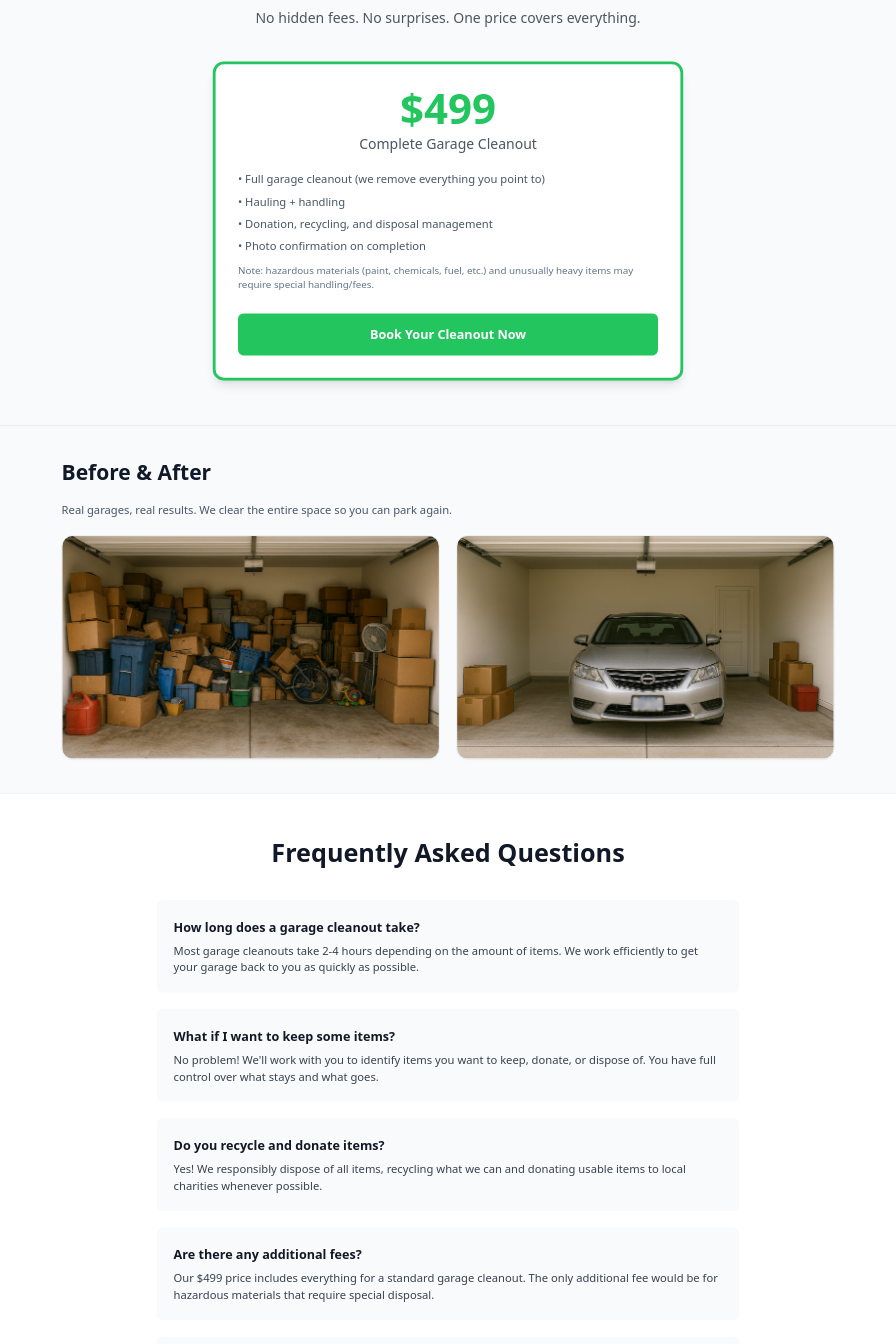
Repository: nikwhite1169/garagegone
Page: index.html
An editor plug-in stored every save of this project. The page is shown before and after the next save, followed by the edit.
The browser window is 1280 px wide. The pictures show the part of the page from y = 1264 to 3184 px (the page is 4560 px tall before and 4460 px after), at 70% of full size.
Some web libraries are served in a nearby version.

Above is the page before, as saved 2025-09-15 17:37:39.

### index.html
<!DOCTYPE html>
<html lang="en">
<head>
    <meta charset="UTF-8">
    <meta name="viewport" content="width=device-width, initial-scale=1.0">
    <title>GarageGone - Professional Garage Cleanout Service | Las Vegas</title>
    <meta name="description" content="Professional garage cleanout service in Las Vegas. Flat $499 pricing. We haul everything away. Book your garage transformation today with GarageGone.">
    <meta name="keywords" content="garage cleanout, junk removal, Las Vegas, garage cleaning, hauling service, decluttering">

    <!-- Open Graph Meta Tags -->
    <meta property="og:title" content="GarageGone - Professional Garage Cleanout Service | Las Vegas">
    <meta property="og:description" content="Transform your garage with our professional cleanout service. Flat $499 pricing. We haul everything away. Serving Las Vegas and surrounding areas.">
    <meta property="og:image" content="https://garagegone.com/images/garage-before-after.jpg">
    <meta property="og:url" content="https://garagegone.com">
    <meta property="og:type" content="website">
    <meta property="og:site_name" content="GarageGone">

    <!-- Twitter Card Meta Tags -->
    <meta name="twitter:card" content="summary_large_image">
    <meta name="twitter:title" content="GarageGone - Professional Garage Cleanout Service | Las Vegas">
    <meta name="twitter:description" content="Transform your garage with our professional cleanout service. Flat $499 pricing. We haul everything away.">
    <meta name="twitter:image" content="https://garagegone.com/images/garage-before-after.jpg">

    <!-- Favicons -->
    <link rel="apple-touch-icon" sizes="180x180" href="assets/apple-touch-icon.png">
    <link rel="icon" type="image/png" sizes="32x32" href="assets/favicon-32x32.png">
    <link rel="icon" type="image/png" sizes="16x16" href="assets/favicon-16x16.png">
    <link rel="manifest" href="assets/site.webmanifest">
    <link rel="icon" type="image/x-icon" href="assets/favicon.ico">

    <!-- Tailwind CSS CDN -->
    <script src="https://cdn.tailwindcss.com"></script>

    <!-- Custom Tailwind Config -->
    <script>
        tailwind.config = {
            theme: {
                extend: {
                    colors: {
                        'brand-blue': '#1e3a8a',
                        'brand-green': '#22c55e',
                    }
                }
            }
        }
    </script>

    <!-- JSON-LD Schema Markup -->
    <script type="application/ld+json">
    {
        "@context": "https://schema.org",
        "@type": "LocalBusiness",
        "name": "GarageGone",
        "description": "Professional garage cleanout and junk removal service",
        "url": "https://garagegone.com",
        "telephone": "+7028501775",
        "address": {
            "@type": "PostalAddress",
            "addressLocality": "Las Vegas",
            "addressRegion": "NV",
            "addressCountry": "US"
        },
        "areaServed": {
            "@type": "GeoCircle",
            "geoMidpoint": {
                "@type": "GeoCoordinates",
                "latitude": 36.1699,
                "longitude": -115.1398
            },
            "geoRadius": "25 miles"
        },
         "sameAs": [
             "https://facebook.com/ParkAgain",
             "https://instagram.com/parkagain.app"
         ],
        "priceRange": "$499",
        "serviceType": "Garage Cleanout Service",
        "hasOfferCatalog": {
            "@type": "OfferCatalog",
            "name": "Garage Cleanout Services",
            "itemListElement": [
                {
                    "@type": "Offer",
                    "itemOffered": {
                        "@type": "Service",
                        "name": "Complete Garage Cleanout",
                        "description": "Full garage cleanout and junk removal service"
                    },
                    "price": "499",
                    "priceCurrency": "USD"
                }
            ]
        }
    }
    </script>

    <style>
        /* Smooth scroll behavior */
        html {
            scroll-behavior: smooth;
        }

        /* Custom animations */
        @keyframes fadeInUp {
            from {
                opacity: 0;
                transform: translateY(30px);
            }
            to {
                opacity: 1;
                transform: translateY(0);
            }
        }

        .fade-in-up {
            animation: fadeInUp 0.6s ease-out;
        }

        /* Ensure sticky footer doesn't overlap content */
        body {
            padding-bottom: 80px;
        }

        @media (min-width: 768px) {
            body {
                padding-bottom: 0;
            }
        }
    </style>
</head>
<body class="bg-gray-50 text-gray-900">
    <!-- Header -->
    <header class="bg-white shadow-sm sticky top-0 z-40">
        <div class="max-w-7xl mx-auto px-4 sm:px-6 lg:px-8">
            <div class="flex justify-between items-center py-4">
                <div class="flex items-center">
                    <h1 class="text-2xl font-bold text-brand-blue">GarageGone</h1>
                    <span class="ml-2 text-sm text-gray-600">Powered by ParkAgain</span>
                </div>
                <div class="hidden md:flex space-x-4">
                    <a href="tel:+7028501775" class="bg-brand-blue text-white px-4 py-2 rounded-lg font-semibold hover:bg-blue-800 transition-colors">
                        Call Now
                    </a>
                    <a href="https://m.me/823845640806391" target="_blank" class="bg-brand-green text-white px-4 py-2 rounded-lg font-semibold hover:bg-green-600 transition-colors">
                        Book Cleanout
                    </a>
                </div>
            </div>
        </div>
    </header>

    <!-- Hero Section -->
    <section class="bg-gradient-to-br from-brand-blue to-blue-800 text-white py-16 md:py-24">
        <div class="max-w-7xl mx-auto px-4 sm:px-6 lg:px-8">
            <div class="text-center fade-in-up">
                <h2 class="text-4xl md:text-6xl font-bold mb-6">
                    Transform Your Garage in One Day
                </h2>
                <p class="text-xl md:text-2xl mb-8 text-blue-100 max-w-3xl mx-auto">
                    Professional garage cleanout service. We sort, haul, and clean everything.
                    <strong class="text-brand-green">Flat $499 pricing.</strong> No surprises.
                </p>
                <div class="flex flex-col sm:flex-row gap-4 justify-center items-center">
                    <a href="https://m.me/823845640806391" target="_blank"
                       class="bg-brand-green text-white px-8 py-4 rounded-lg text-lg font-bold hover:bg-green-600 transition-colors w-full sm:w-auto text-center">
                        📱 Book via Messenger
                    </a>
                     <a href="tel:+7028501775"
                        class="bg-white text-brand-blue px-8 py-4 rounded-lg text-lg font-bold hover:bg-gray-100 transition-colors w-full sm:w-auto text-center">
                         📞 Call (702) 850-1775
                     </a>
                </div>
                <ul class="mt-6 text-blue-100 space-y-2">
                  <li>✅ Most cleanouts take <strong>2–4 hours on-site</strong></li>
                  <li>✅ One flat price — no surprises for standard garages</li>
                  <li>✅ Donation, recycling, and disposal handled</li>
                </ul>
                <p class="mt-4 text-blue-200">
                    ⭐ Serving Las Vegas & surrounding areas (25 miles)
                </p>
            </div>
        </div>
    </section>

    <!-- How It Works -->
    <section id="how-it-works" class="py-16 bg-white">
        <div class="max-w-7xl mx-auto px-4 sm:px-6 lg:px-8">
            <div class="text-center mb-12">
                <h3 class="text-3xl md:text-4xl font-bold text-gray-900 mb-4">How It Works</h3>
                <p class="text-xl text-gray-600">Simple 3-step process to transform your garage</p>
            </div>

            <div class="grid md:grid-cols-3 gap-8">
                <div class="text-center p-6 rounded-lg bg-gray-50">
                    <div class="w-16 h-16 bg-brand-blue text-white rounded-full flex items-center justify-center text-2xl font-bold mx-auto mb-4">1</div>
                    <h4 class="text-xl font-bold mb-3">Book Your Appointment</h4>
                    <p class="text-gray-600">Contact us via Messenger or phone. We'll schedule a convenient time that works for you.</p>
                </div>

                <div class="text-center p-6 rounded-lg bg-gray-50">
                    <div class="w-16 h-16 bg-brand-blue text-white rounded-full flex items-center justify-center text-2xl font-bold mx-auto mb-4">2</div>
                    <h4 class="text-xl font-bold mb-3">We Sort & Haul</h4>
                    <p class="text-gray-600">Our professional team arrives, sorts through everything, and hauls away unwanted items responsibly.</p>
                </div>

                <div class="text-center p-6 rounded-lg bg-gray-50">
                    <div class="w-16 h-16 bg-brand-green text-white rounded-full flex items-center justify-center text-2xl font-bold mx-auto mb-4">3</div>
                    <h4 class="text-xl font-bold mb-3">Enjoy Your Space</h4>
                    <p class="text-gray-600">Walk into your clean, organized garage. Use it for parking, storage, or whatever you need!</p>
                </div>
            </div>
        </div>
    </section>

    <!-- Pricing Section -->
    <section id="pricing" class="py-16 bg-gray-50">
        <div class="max-w-7xl mx-auto px-4 sm:px-6 lg:px-8">
            <div class="text-center mb-12">
                <h3 class="text-3xl md:text-4xl font-bold text-gray-900 mb-4">Simple, Flat Pricing</h3>
                <p class="text-xl text-gray-600">No hidden fees. No surprises. One price covers everything.</p>
            </div>

            <div class="max-w-2xl mx-auto">
                <div class="bg-white rounded-2xl shadow-lg p-8 border-4 border-brand-green">
                    <div class="text-center">
                        <div class="text-6xl font-bold text-brand-green mb-2">$499</div>
                        <div class="text-xl text-gray-600 mb-6">Complete Garage Cleanout</div>

                        <ul class="mt-3 text-slate-600 space-y-2 text-left">
                          <li>• Full garage cleanout (we remove everything you point to)</li>
                          <li>• Hauling + handling</li>
                          <li>• Donation, recycling, and disposal management</li>
                          <li>• Photo confirmation on completion</li>
                        </ul>
                        <p class="mt-3 text-sm text-slate-500 text-left">Note: hazardous materials (paint, chemicals, fuel, etc.) and unusually heavy items may require special handling/fees.</p>
                        <div class="mb-8"></div>

                        <a href="https://m.me/823845640806391" target="_blank"
                           class="bg-brand-green text-white px-8 py-4 rounded-lg text-lg font-bold hover:bg-green-600 transition-colors w-full block text-center">
                            Book Your Cleanout Now
                        </a>
                    </div>
                </div>
            </div>
        </div>
    </section>


    <!-- Before & After Gallery (replaces Reviews) -->
    <section class="bg-slate-50 border-y border-slate-200">
      <div class="max-w-6xl mx-auto px-4 md:px-6 py-12">
        <h2 class="text-2xl md:text-3xl font-bold mb-6">Before & After</h2>
        <p class="text-slate-600 mb-6">Real garages, real results. We clear the entire space so you can park again.</p>
        <div class="grid md:grid-cols-2 gap-6">
          <img src="assets/before-garage.png" alt="Cluttered garage before GarageGone cleanout service" class="rounded-2xl border shadow-sm object-cover w-full h-64 md:h-80">
          <img src="assets/after-garage.png" alt="Clean, organized garage after GarageGone cleanout service" class="rounded-2xl border shadow-sm object-cover w-full h-64 md:h-80">
        </div>
      </div>
    </section>

    <!-- FAQ Section -->
    <section id="faq" class="py-16 bg-white">
        <div class="max-w-4xl mx-auto px-4 sm:px-6 lg:px-8">
            <div class="text-center mb-12">
                <h3 class="text-3xl md:text-4xl font-bold text-gray-900 mb-4">Frequently Asked Questions</h3>
            </div>

            <div class="space-y-6">
                <div class="bg-gray-50 rounded-lg p-6">
                    <h4 class="text-lg font-bold mb-2">How long does a garage cleanout take?</h4>
                    <p class="text-gray-700">Most garage cleanouts take 2-4 hours depending on the amount of items. We work efficiently to get your garage back to you as quickly as possible.</p>
                </div>

                <div class="bg-gray-50 rounded-lg p-6">
                    <h4 class="text-lg font-bold mb-2">What if I want to keep some items?</h4>
                    <p class="text-gray-700">No problem! We'll work with you to identify items you want to keep, donate, or dispose of. You have full control over what stays and what goes.</p>
                </div>

                <div class="bg-gray-50 rounded-lg p-6">
                    <h4 class="text-lg font-bold mb-2">Do you recycle and donate items?</h4>
                    <p class="text-gray-700">Yes! We responsibly dispose of all items, recycling what we can and donating usable items to local charities whenever possible.</p>
                </div>

                <div class="bg-gray-50 rounded-lg p-6">
                    <h4 class="text-lg font-bold mb-2">Are there any additional fees?</h4>
                    <p class="text-gray-700">Our $499 price includes everything for a standard garage cleanout. The only additional fee would be for hazardous materials that require special disposal.</p>
                </div>

                <div class="bg-gray-50 rounded-lg p-6">
                    <h4 class="text-lg font-bold mb-2">Anything you can't take?</h4>
                    <p class="text-gray-700">We don't take hazardous materials (paint, chemicals, fuel, solvents), pressurized tanks, or biohazards. Extremely heavy or commercial equipment may require special handling/quote.</p>
                </div>
            </div>
        </div>
    </section>

    <!-- Service Area -->
    <section class="py-16 bg-brand-blue text-white">
        <div class="max-w-7xl mx-auto px-4 sm:px-6 lg:px-8">
            <div class="text-center">
                <h3 class="text-3xl md:text-4xl font-bold mb-6">Service Area</h3>
                <p class="text-xl mb-8">We proudly serve Las Vegas and surrounding areas within 25 miles</p>

                <div class="grid md:grid-cols-3 gap-6 text-center">
                    <div>
                        <h4 class="font-bold text-lg mb-2">Las Vegas</h4>
                        <p class="text-blue-200">Downtown, Strip, Summerlin</p>
                    </div>
                    <div>
                        <h4 class="font-bold text-lg mb-2">Henderson</h4>
                        <p class="text-blue-200">Green Valley, Anthem</p>
                    </div>
                    <div>
                        <h4 class="font-bold text-lg mb-2">North Las Vegas</h4>
                        <p class="text-blue-200">Aliante, Eldorado</p>
                    </div>
                </div>

                <div class="mt-8">
                    <p class="text-blue-200">Not sure if we serve your area? <a href="tel:+7028501775" class="text-white hover:text-brand-green underline font-semibold">Give us a call!</a></p>
                </div>
            </div>
        </div>
    </section>

    <!-- Join Hauler Network CTA -->
    <section class="py-16 bg-brand-green text-white">
        <div class="max-w-4xl mx-auto px-4 sm:px-6 lg:px-8 text-center">
            <h3 class="text-3xl md:text-4xl font-bold mb-6">Join Our Hauler Network</h3>
            <p class="text-xl mb-8 text-green-100">
                Are you a reliable hauler or junk removal professional? Join our network and get consistent work in the Las Vegas area.
            </p>
            <a href="https://forms.gle/CVCqmNvirqqFKjCk8" target="_blank"
               class="bg-white text-brand-green px-8 py-4 rounded-lg text-lg font-bold hover:bg-gray-100 transition-colors inline-block">
                Apply to Join Network
            </a>
        </div>
    </section>

    <!-- Trust & Policies strip -->
    <section class="border-t border-slate-200">
      <div class="max-w-6xl mx-auto px-4 md:px-6 py-8 grid gap-6 md:grid-cols-3">
        <div>
          <div class="font-semibold">Flat-Rate Pricing</div>
          <p class="text-slate-600 text-sm mt-1">Standard 2-car garage is always $499 in our service area. No surprise add-ons.</p>
        </div>
        <div>
          <div class="font-semibold">Safety-First, Professional Team</div>
          <p class="text-slate-600 text-sm mt-1">We clear the space efficiently and handle donation, recycling, and disposal.</p>
        </div>
        <div>
          <div class="font-semibold">Clear Policies</div>
          <p class="text-slate-600 text-sm mt-1">See our <a class="text-blue-800 hover:underline" href="/privacy-policy.html">Privacy</a> and <a class="text-blue-800 hover:underline" href="/terms-of-service.html">Terms</a>.</p>
        </div>
      </div>
    </section>

    <!-- Footer -->
    <footer class="bg-gray-900 text-white py-12">
        <div class="max-w-7xl mx-auto px-4 sm:px-6 lg:px-8">
            <div class="grid md:grid-cols-3 gap-8">
                <div>
                    <h4 class="text-xl font-bold mb-4">GarageGone</h4>
                    <p class="text-gray-400 mb-4">Professional garage cleanout service powered by ParkAgain. Transform your garage in one day.</p>
                    <div class="flex space-x-4">
                        <a href="https://facebook.com/ParkAgain" target="_blank" class="text-gray-400 hover:text-white">
                            Facebook
                        </a>
                        <a href="https://instagram.com/parkagain.app" target="_blank" class="text-gray-400 hover:text-white">
                            Instagram
                        </a>
                    </div>
                </div>

                <div>
                    <h4 class="text-lg font-bold mb-4">Contact</h4>
                    <div class="space-y-2 text-gray-400">
                        <p>📞 (702) 850-1775</p>
                        <p>📍 Las Vegas, NV</p>
                        <p>🌐 garagegone.com</p>
                    </div>
                </div>

                <div>
                    <h4 class="text-lg font-bold mb-4">Service Hours</h4>
                    <div class="space-y-2 text-gray-400">
                        <p>Monday - Friday: 8am - 6pm</p>
                        <p>Saturday: 9am - 4pm</p>
                        <p>Sunday: Closed</p>
                    </div>
                </div>
            </div>

            <div class="border-t border-gray-800 mt-8 pt-8 text-center text-gray-400">
                <p>&copy; 2025 GarageGone. All rights reserved. Powered by ParkAgain.</p>
                <div class="mt-2 space-x-4">
                    <a href="privacy-policy.html" class="hover:text-white">Privacy Policy</a>
                    <a href="terms-of-service.html" class="hover:text-white">Terms of Service</a>
                </div>
            </div>
        </div>
    </footer>

    <!-- Sticky Mobile Footer -->
    <div class="fixed bottom-0 left-0 right-0 bg-white border-t border-gray-200 p-4 md:hidden z-50">
        <div class="flex space-x-3">
            <a href="https://m.me/823845640806391" target="_blank"
               class="flex-1 bg-brand-green text-white py-3 px-4 rounded-lg font-bold text-center hover:bg-green-600 transition-colors">
                📱 Book Cleanout
            </a>
            <a href="https://forms.gle/CVCqmNvirqqFKjCk8" target="_blank"
               class="flex-1 bg-brand-blue text-white py-3 px-4 rounded-lg font-bold text-center hover:bg-blue-800 transition-colors">
                🚛 Join Network
            </a>
        </div>
    </div>

</body>
</html>

After the next save:
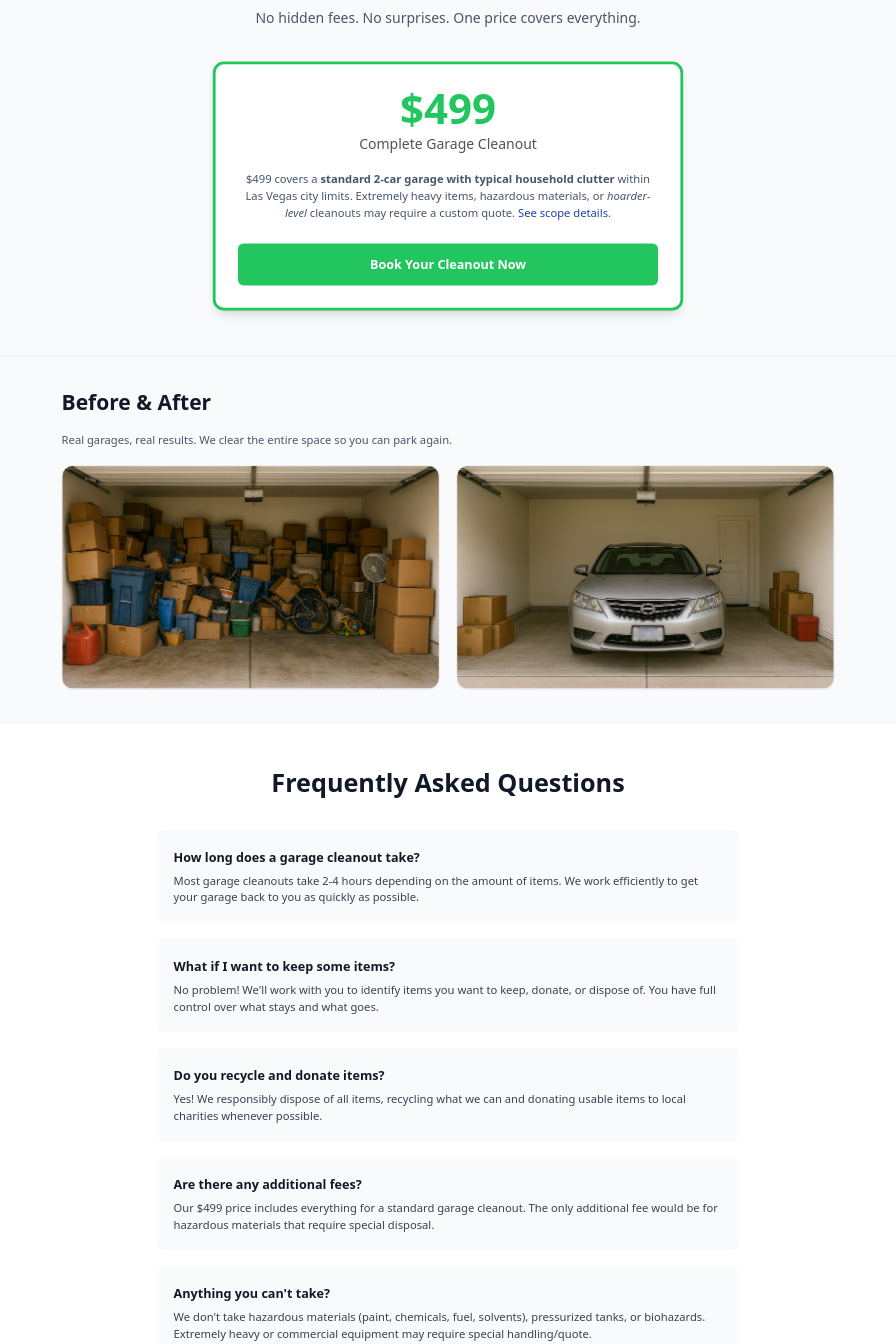
Saved 11 s later.
--- a/index.html
+++ b/index.html
@@ -226,13 +226,11 @@
                         <div class="text-6xl font-bold text-brand-green mb-2">$499</div>
                         <div class="text-xl text-gray-600 mb-6">Complete Garage Cleanout</div>
 
-                        <ul class="mt-3 text-slate-600 space-y-2 text-left">
-                          <li>• Full garage cleanout (we remove everything you point to)</li>
-                          <li>• Hauling + handling</li>
-                          <li>• Donation, recycling, and disposal management</li>
-                          <li>• Photo confirmation on completion</li>
-                        </ul>
-                        <p class="mt-3 text-sm text-slate-500 text-left">Note: hazardous materials (paint, chemicals, fuel, etc.) and unusually heavy items may require special handling/fees.</p>
+                        <p class="mt-2 text-slate-600">
+                          $499 covers a <strong>standard 2-car garage with typical household clutter</strong> within Las Vegas city limits.
+                          Extremely heavy items, hazardous materials, or <em>hoarder-level</em> cleanouts may require a custom quote.
+                          <a href="#scope" class="text-blue-800 hover:underline">See scope details</a>.
+                        </p>
                         <div class="mb-8"></div>
 
                         <a href="https://m.me/823845640806391" target="_blank"
